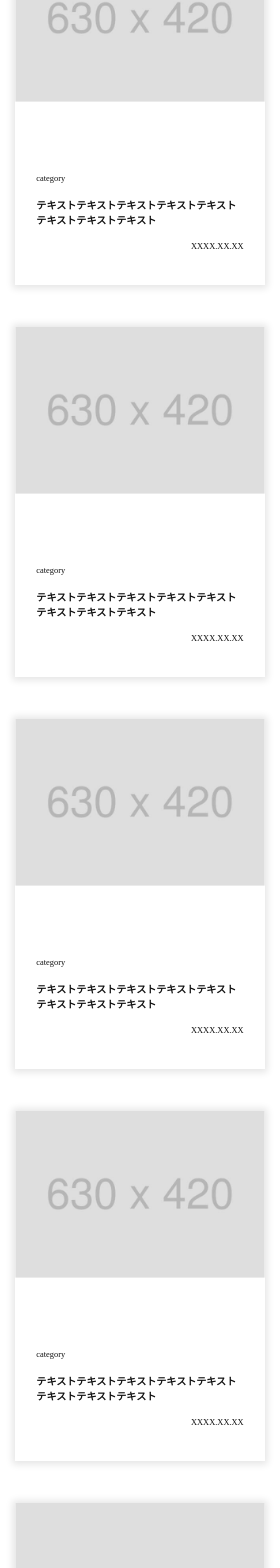
Repository: n19880405nick/challenge
Page: Codestep/Sneakers/sneakers.html
The author's editor kept a record of every edit. The page is drawn from the files as they stood at one moment, then again after the next edit.
The browser window is 375 px wide. The page is 400 px wide, so the pictures cover 400 px, including what lies to the right of the window. The pictures show the part of the page from y = 1623 to 3863 px (the page is 11708 px tall), at 70% of full size.
Some web libraries are served in a nearby version.

Above is the page before.

After the next edit:
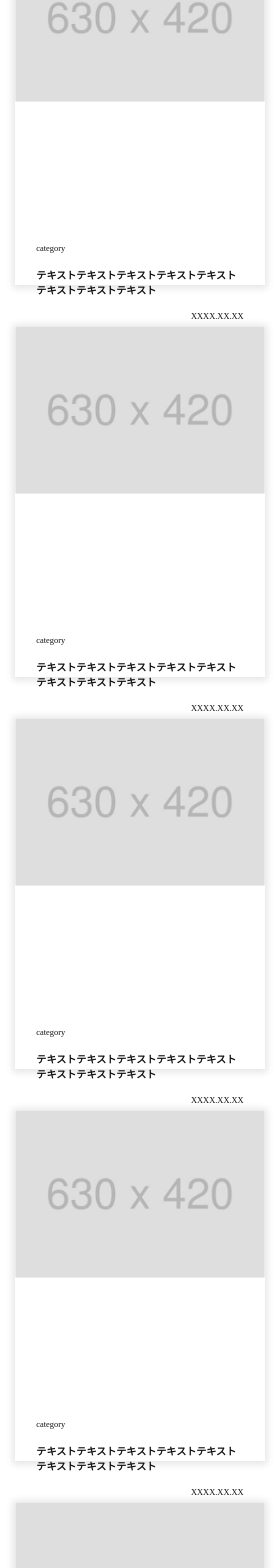
The edit:
--- a/Codestep/Sneakers/sneakers.css
+++ b/Codestep/Sneakers/sneakers.css
@@ -287,9 +287,6 @@
   }
 
   .feature-texts{
-  margin-top: 300px;
-  padding: 30px;
-  display: flex;
-  flex-direction: column;
-}
-}
+    margin-top: 400px;
+  }
+}
